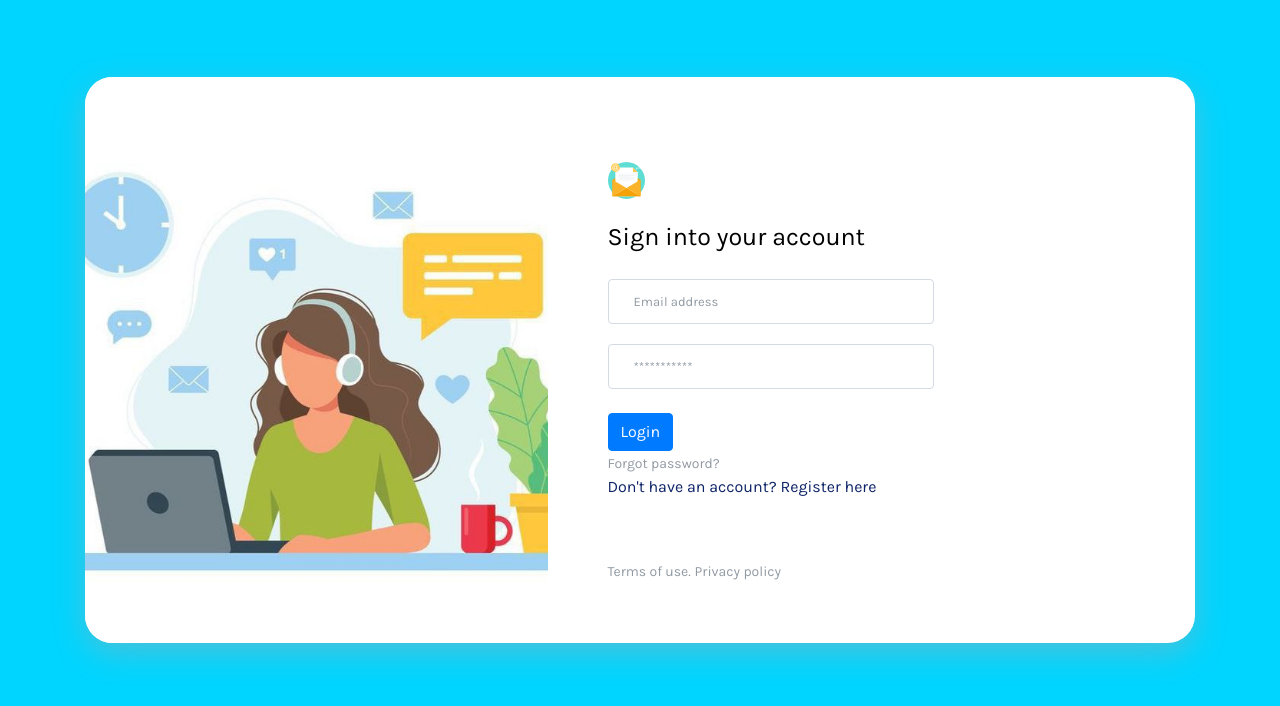
Repository: sara55m/Login
Page: http://localhost/login
An editor plug-in stored every save of this project. The page is shown before and after the next save, followed by the edit.
The browser window is 1280 px wide. The pictures show the whole page.
Some web libraries are served in a nearby version. The page is served by the project's Laravel application, run on PHP 8.4 with Laravel 10.

Above is the page before, as saved 2024-03-04 03:56:41.

After the next save:
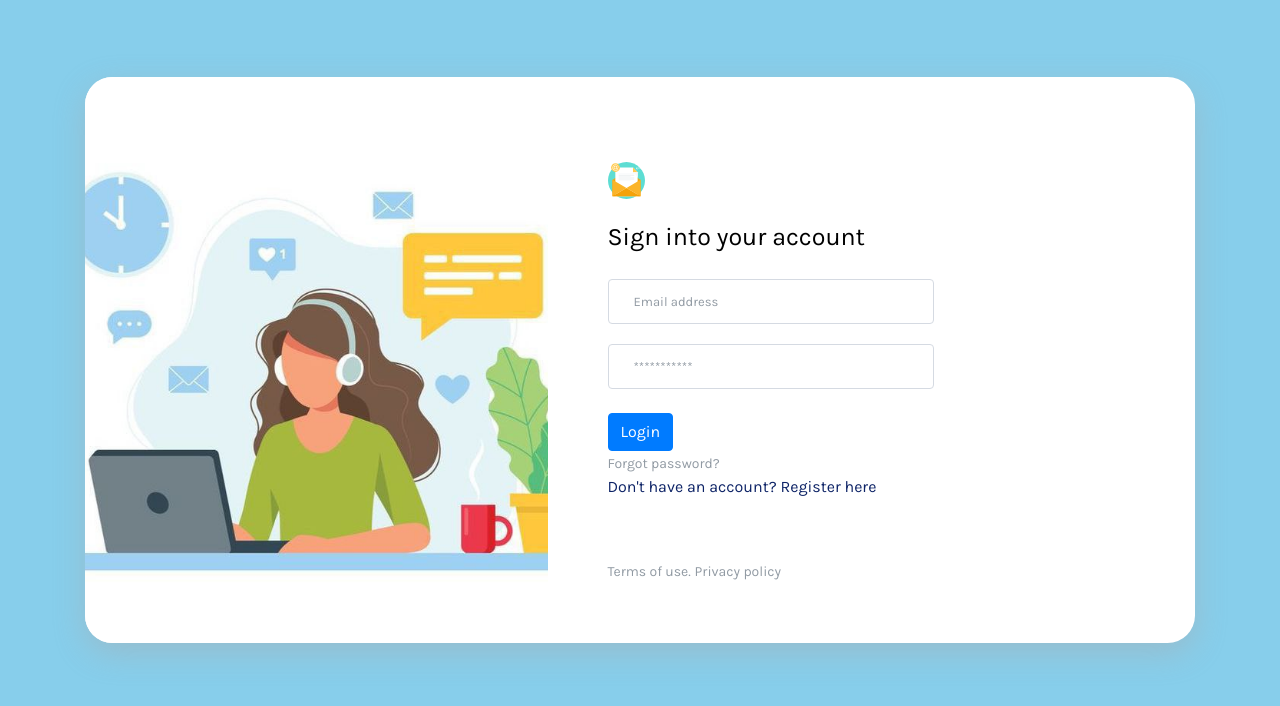
Saved 59 s later.
--- a/public/assets/css/login.css
+++ b/public/assets/css/login.css
@@ -1,6 +1,6 @@
 body {
   font-family: "Karla", sans-serif;
-  background-color: rgb(0, 213, 255);
+  background-color: skyblue;
   min-height: 100vh; }
 
 .brand-wrapper {
